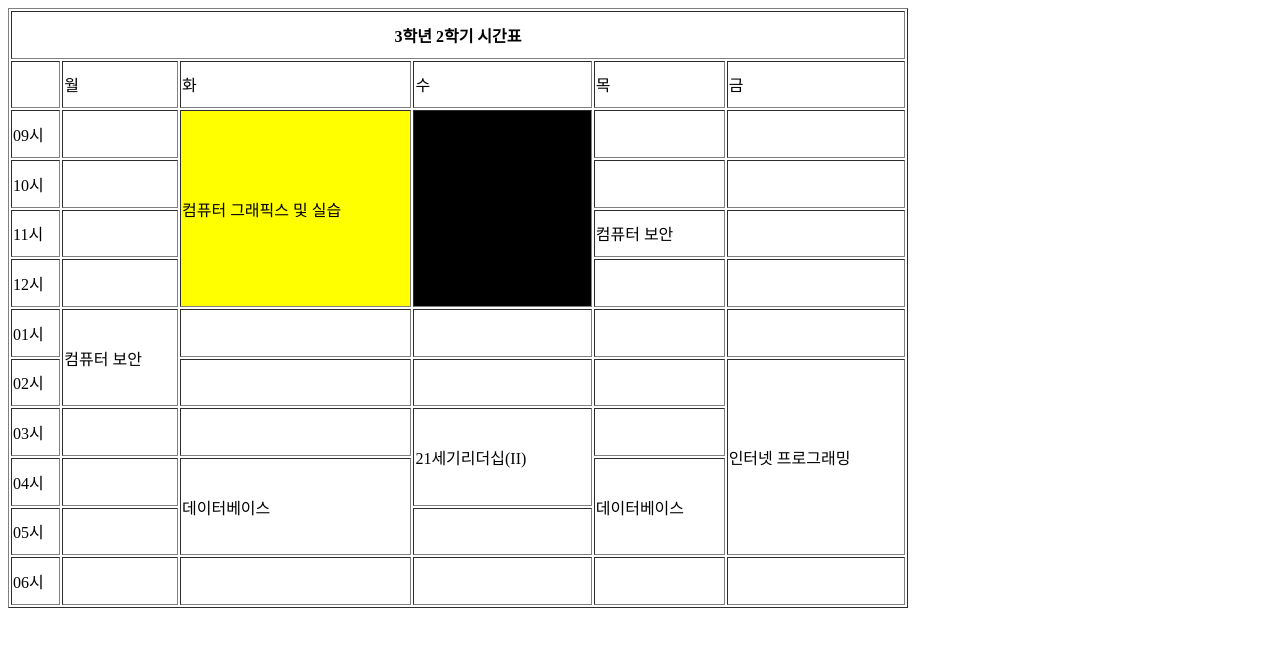
Repository: Cha-Ji/InternetProgramming
Page: week01/WebContent/hw04.html
These files come from the project's save history. The page is drawn as it stood at one moment and after the next save; the edit follows.
The browser window is 1280 px wide. The pictures show the whole page.

Above is the page before, as saved 2020-09-06 14:06:31.

After the next save:
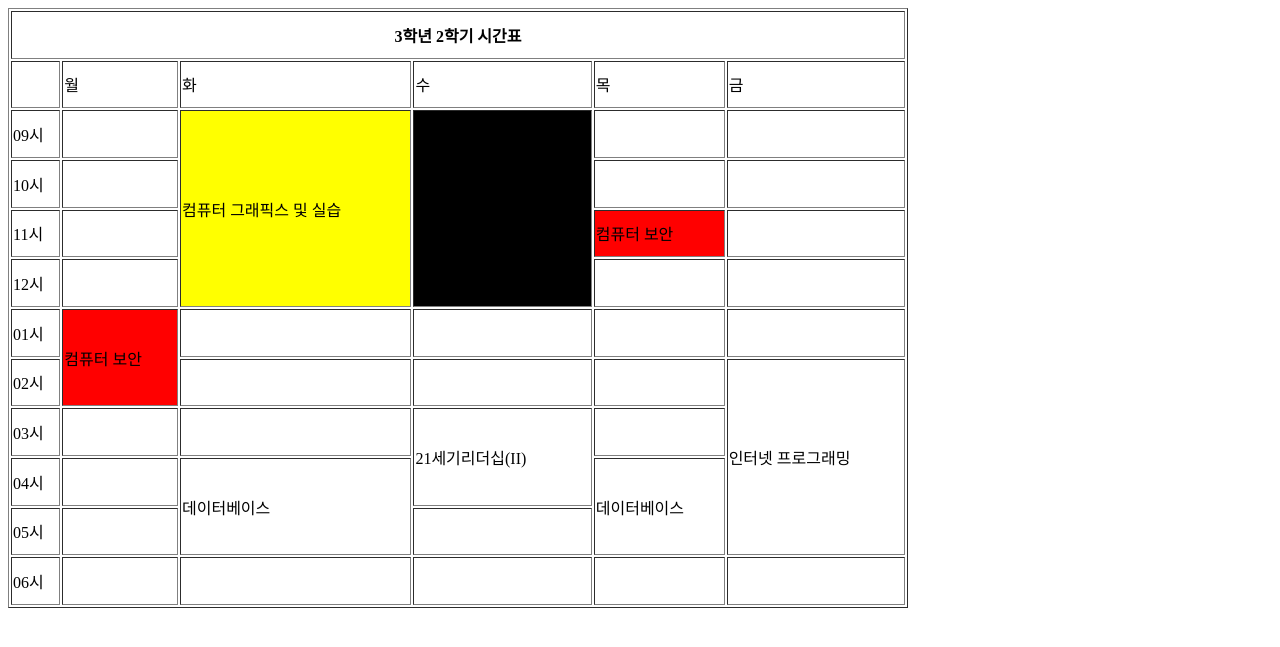
Saved 51 s later.
--- a/week01/WebContent/hw04.html
+++ b/week01/WebContent/hw04.html
@@ -28,7 +28,7 @@
 	<tr>
 	    <td>11시</td>
 	    <td></td>
-	    <td>컴퓨터 보안</td>
+	    <td bgcolor = "red">컴퓨터 보안</td>
 	    <td></td>
 	</tr>
 		<tr>
@@ -39,7 +39,7 @@
 	</tr>
 	<tr>
 	    <td>01시</td>
-	    <td rowspan = "2">컴퓨터 보안</td>
+	    <td rowspan = "2" bgcolor = "red">컴퓨터 보안</td>
 	    <td></td>
 	    <td></td>
 	    <td></td>
@@ -50,7 +50,7 @@
 	    <td></td>
 	    <td></td>
 	    <td></td>
-	    <td rowspan = "4">인터넷 프로그래밍</td>
+	    <td rowspan = "4" bgcolor = "">인터넷 프로그래밍</td>
 	</tr>
 		<tr>
 	    <td>03시</td>
